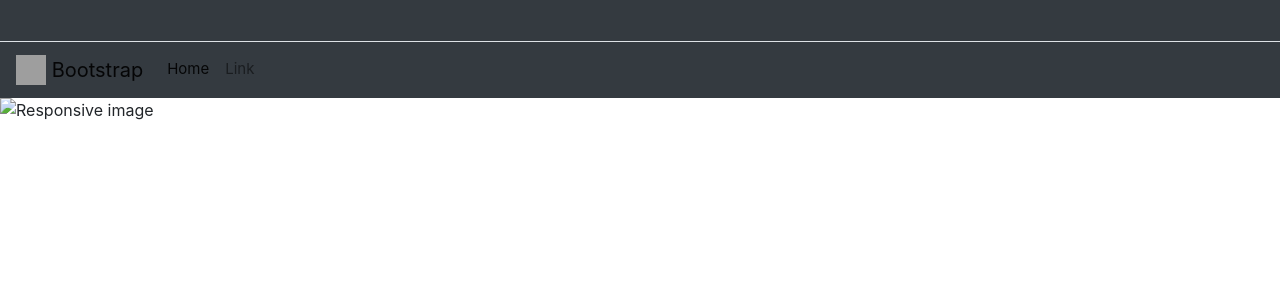
Repository: Alaa-OmarAlshobaki/portfolio
Page: index.html
These files come from the project's save history. The page is drawn as it stood at one moment and after a run of saves; the edit follows.
The browser window is 1280 px wide. The pictures show the whole page.
Pictures or frames that could not be fetched are drawn as grey boxes. Some web fonts or font styles are not loaded; a fallback is used.

Above is the page before, as saved 2020-03-11 23:03:23.

After the next 2 saves:
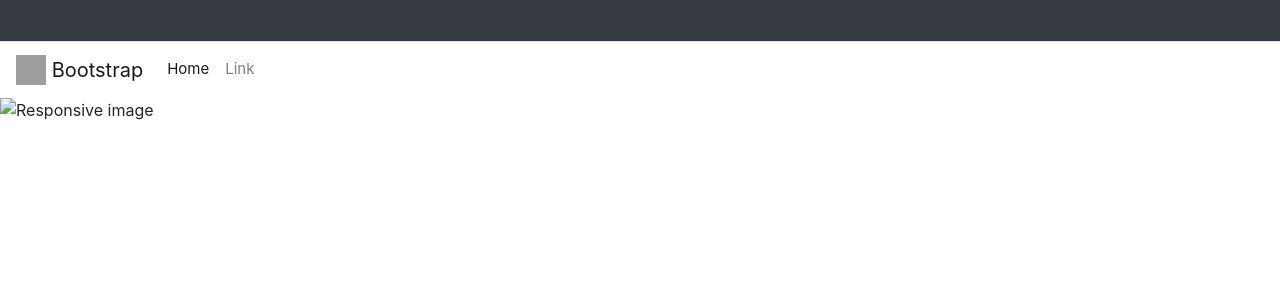
The 2 saves are shown as one change because they came seconds apart.
The last was saved 3 min 33 s later.
--- a/index.html
+++ b/index.html
@@ -51,7 +51,7 @@
 <!-- start section header -->
 <section>
   <header>
-    <nav class="navbar navbar-expand-lg navbar-light bg-dark mt-0">
+    <nav class="navbar navbar-expand-lg navbar-light bg- mt-0">
       <a class="navbar-brand" href="#">
         <img src="public/img/cv.png" width="30" height="30" class="d-inline-block align-top" alt="">
         Bootstrap
